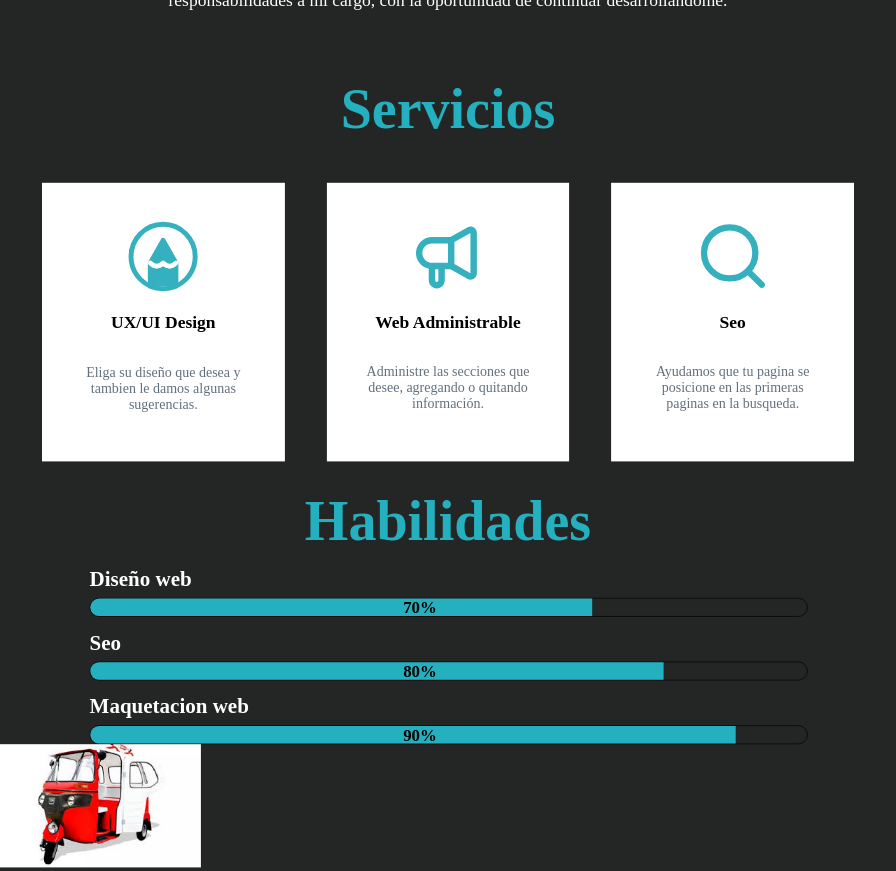
Repository: RobertAries28/PortafolioRobertEscalanteGomez2022
Page: index.html
An editor plug-in stored every save of this project. The page is shown before and after the next save, followed by the edit.
The browser window is 1280 px wide. The pictures show the part of the page from y = 1063 to 2983 px (the page is 2307 px tall before and 2983 px after), at 70% of full size.

Above is the page before, as saved 2022-02-15 19:34:15.

### index.html
<!DOCTYPE html>
<html lang="en">
<head>
    <meta charset="UTF-8">
    <meta http-equiv="X-UA-Compatible" content="IE=edge">
    <meta name="viewport" content="width=device-width, initial-scale=1.0">
    <link rel="preconnect" href="https://fonts.googleapis.com">
<link rel="preconnect" href="https://fonts.gstatic.com" crossorigin>
<link href="https://fonts.googleapis.com/css2?family=Montserrat:wght@100&display=swap" rel="stylesheet">
    <link rel="stylesheet" href="estilos.css">
    <title>Document</title>
</head>
<body>
    <header class="main-header">
        <div class="l-container">

        <div class="main-menu-toggle" id="main-menu-toggle"></div>
             <nav class="main-nav" id="main-nav">
                 <ul class="main-menu">
                       <li class="main-menu__item">
                           <a class="main-menu__link" href="#">
                              Home
                           </a>
                       </li>

                       <li class="main-menu__item">
                         <a class="main-menu__link" href="#servicios">
                           Servicios
                         </a>
                       </li>

                       <li class="main-menu__item">
                        <a class="main-menu__link" href="#acercaMi">
                          Acerca de Mí
                        </a>
                       </li>


                     <li class="main-menu__item">
                         <a class="main-menu__link" href="#habilidades">
                           Mis Habilidades
                         </a>
                     </li>

                     <li class="main-menu__item">
                        <a class="main-menu__link" href="#">
                         Mi Portafolio
                        </a>
                    </li>

                    <li class="main-menu__item">
                        <a class="main-menu__link" href="#">
                         Contacto
                        </a>
                    </li>


                 </ul>
             </nav>


        </div>
     </header>
     <main>
        <div class="main-nombre">
              <h2>Soy</h2><hr color="white"/>
              <h1>Robert</h1>
              <p class="parrafo">Desarrollador <br> Frontend</p>
        </div>

        <div class="main-imagen">
              <img src="imagenes/fotoPerfil.jpeg" alt="">
        </div>

        <div class="main-experiencia">
               <p><span>1 año</span><br>experiencia</p>
               <div>
                 <img src="imagenes/linkedin.svg" alt="">
                 <img src="imagenes/instagram.svg" alt="">
                 <img src="imagenes/twitter.svg" alt="">
               </div>
        </div>

        <div class="main-iconos">
          <div>
             <img src="imagenes/gmail.png" alt="">
             <img src="imagenes/amazon.png" alt="">
             <img src="imagenes/spotify.png" alt="">
            </div>
        </div>
    </main>

    <section id="acercaMi">
      <h2>Acerca de mí</h2>
      <p>Soy un Profesional Bachiller en la carrera de ingeniería de sistemas en la Universidad nacional Tecnológica de Lima Sur con capacidad para trabajar en equipo, con dinamismo y creatividad, responsable, puntual, proactivo, organizado, eficiente, valores firmes, capacidad para resolver problemas y facilidad de comunicación. Deseo obtener mas conocimientos y experiencias en empresas relacionados a mi carrera.

        Quiero obtener un puesto en la empresa, para contribuir con mi experiencia en prácticas y habilidad en el logro de las metas generales de la empresa y las responsabilidades a mi cargo, con la oportunidad de continuar desarrollándome.</p>
    </section>

    <aside id="servicios">
      <h2 class="servicios">Servicios</h2>
      <div class="diseño">
        <img src="imagenes/pincel.svg" alt="">
        <h3>UX/UI Design</h3>
        <p>Eliga su diseño que desea y tambien le damos algunas sugerencias.</p>
      </div>

      <div class="marketing">
        <img src="imagenes/marketing.svg" alt="">
        <h3>Web Administrable</h3>
        <p>Administre las secciones que desee, agregando o quitando información.</p>
      </div>

      <div class="seo">
        <img src="imagenes/lupa.svg" alt="">
        <h3>Seo</h3>
        <p>Ayudamos que tu pagina se posicione en las primeras paginas en la busqueda.</p>
      </div>
    </aside>



    <article class="habilidades" id="habilidades">
      <h3>Habilidades</h3>
      <div class="caja">
          <h4>Diseño web</h4>
          <div class="contenedor">

              <h2 class="numb">70%</h2>
              <div class="relleno">
              </div>


         </div>
      </div>

      <div class="caja">
          <h4>Seo</h4>
          <div class="contenedor">

              <h2 class="numb2">80%</h2>
              <div class="relleno relleno2">
              </div>


         </div>
      </div>

      <div class="caja">
          <h4>Maquetacion web</h4>
          <div class="contenedor">

              <h2 class="numb3">90%</h2>
              <div class="relleno relleno3">
              </div>


         </div>
      </div>

    </article>

    <article class="portafolio">
        <div>
           <a href="https://robertaries28.github.io/Desarrollar-Paginas-Web/"></a>
        </div>

        <div>
            <a href="https://robertaries28.github.io/MatematicasMaster/"></a>
        </div>

        <div>
            <a href="https://robertaries28.github.io/ServicioTransporteMototaxisV.E.S/"><img src="imagenes/mototaxis.jpg" alt=""></a>
        </div>
    </article>




    <script src="javascript.js"></script>
</body>
</html>

### estilos.css
body{
    margin: 0;
    background: #242625;
}

.main-header{
    height: 4rem;
    background: #242635;
    position:sticky;

	top:0;

}
.l-container{
    max-width: 100%;
    padding-left: 1rem;
    padding-right: 1rem;
    display: flex;
    justify-content: space-between;
    align-items: center;

    height: 100%;
    color: white;

}
.main-menu{
    margin-top: 0;
    margin-bottom: 0;
    padding-left: 0;
    list-style: none;
    display: flex;
}

.main-menu li{
    padding: 0 20px;
}

a{
  text-decoration: none;
  color: white;
  font-family: 'Montserrat', sans-serif;
  font-size: 18px;
  font-weight: bold;
}


/*main*/

main{
    display: grid;
    grid-template-columns: 33.3% 33.3% 33.3%;
    grid-template-rows: repeat(3,auto);
    justify-items: center;
    padding-top: 30px;

}

.main-nombre{
    margin-left: 150px ;

}

.main-nombre h1{
    font-size: 150px;

    color: #24B0BE;
    margin: 0;
}

.main-nombre h2{
    font-size: 100px;
    margin: 0;

    color: white;
}

.main-nombre .parrafo{
    color: white;
    font-size: 40px;
    margin: 0;

}
.main-nombre hr{
    margin-bottom: 0;

}

.main-imagen{

    z-index: -100000;


}

.main-imagen img{

    width: 100%;
    height: 100%;
    border-radius: 50%;
    min-width: 20%;



}

.main-experiencia{
    margin-right: 50px;
}

.main-experiencia p{
    color: white;
    font-size: 45px;

}

.main-experiencia span{
    color: #24B0BE;
    padding-right: 5px;
}

.main-experiencia img{
    background: #D1CECA;
    width: 50px;

    border-radius: 50%;
    padding: 10px;
    margin: 0 15px;
}

.main-experiencia div{
    display: flex;
    justify-content: center;
}

.main-iconos{
   grid-column: 1 / span 3;
 justify-self: center;
   background: #212F3C;
  width:85%;
  position: relative;
 top: -10px;
 border-radius: 20px;
 z-index: -500;
}

.main-iconos div{
    display: flex;
  justify-content: center;
}

.main-iconos img{
    width: 10%;

  background: #D1CECA;
  padding: 0 15px;
  margin: 20px 10px;
  border-radius: 10px;
}

/*section*/
section{
 margin: 0 50px;
 padding: 0 100px;
}
section h2{
    text-align: center;
    font-size: 80px;
    margin-top: 40px ;
    margin-bottom: 20px;
    color: #24B0BE;
}

section p{
    text-align: center;
    color: white;
    font-size: 25px;
    line-height: 35px;
}

/* aside serivicios*/

aside{
    margin: 0 60px;
    display: grid;
    grid-gap: 60px;
    grid-template-columns: 1fr 1fr 1fr;
    grid-template-rows: auto auto;

    grid-template-areas: "servicios servicios servicios"
                         "diseño marketing seo";



}

aside p{
    color: #62707E;
    text-align: center;
    font-size: 20px;
}

aside h3{
    color: black;
    font-size: 25px;
}

aside .servicios{
    grid-area: servicios;
    text-align: center;
    font-size: 80px;
    color: #24B0BE;
    margin-bottom: 0;

}


aside .diseño{
    grid-area: diseño;
    background: white;
}

aside .marketing{
    grid-area: marketing;
    background: white;
}

aside .seo{
    grid-area: seo;
    background: white;
}

aside div{
    display: flex;
    flex-direction: column;
   align-items: center;
   padding: 50px;
}

/*article habilidades*/

.habilidades {
    width: 100%;

    margin: auto;
    display: flex;
    flex-direction: column;
    align-items: center;


}

.habilidades h3{
    font-size: 80px;
    color: #24B0BE;
    margin-top: 40px;
    margin-bottom: 0;
}

.habilidades h4{
    font-size: 30px;
    color: white;
    margin-top: 20px;
    margin-bottom: 10px;
}

.caja{
    width: 80%;
}

.contenedor {
    width: 100%;
    height: 25px;
    border: 1px solid black;
    align-self: center;
    border-top-left-radius: 50px;
    border-top-right-radius: 50px;
    border-bottom-left-radius: 50px;
    border-bottom-right-radius: 50px;
    margin-right: 0;
}

.relleno {
    width: 0px;
    height: 100%;
    background: #24B0BE;
    border-top-left-radius: 50px;
    border-bottom-left-radius: 50px;
    animation-name: coloreado;
    animation-delay: 0s;
    animation-duration: 3s;
    animation-timing-function: cubic-bezier(.17, .67, .83, .67);
    animation-fill-mode: forwards;
}

.relleno2{
    animation-name: coloreado2;
    animation-delay: 0s;
    animation-duration: 3s;
    animation-timing-function: cubic-bezier(.17, .67, .83, .67);
    animation-fill-mode: forwards;
}

.relleno3{
    animation-name: coloreado3;
    animation-delay: 0s;
    animation-duration: 3s;
    animation-timing-function: cubic-bezier(.17, .67, .83, .67);
    animation-fill-mode: forwards;
}

.contenedor h2 {
    position: absolute;
    left: 45%;
    margin: 0 auto;
}

.contenedor h3 {
    text-align: center;
    margin: 10px auto;
}

@keyframes coloreado {
    10% {
        width: 0%;
    }
    100% {
        width: 70%;
    }
}

@keyframes coloreado2 {
    10% {
        width: 0%;
    }
    100% {
        width: 80%;
    }
}

@keyframes coloreado3 {
    10% {
        width: 0%;
    }
    100% {
        width: 90%;
    }
}


/*article portafolio*/


@media screen and ( max-width: 768px){



.main-menu__item{
    padding: .5rem 0 .5rem 1rem
}

.main-menu__link{
    color: white;
    margin-left: 1rem;
}



.main-nav{
    position: fixed;
    height: calc(100vh - 4rem);
    width: 200px;
    background: black;
    top: 4rem;
    right: -200px;




}

.main-menu{
    flex-direction: column;
}

.main-menu li{
    padding: 10px 0;
}



.show{
right: 0px;
transition-duration: 1s;
transition-timing-function:ease-in-out

}

 :not(.show){
     transition-duration: 1s;
  transition-timing-function: ease-in
 }


.main-menu-toggle{
    width: 2.4rem;
    margin-left: calc(100% - 38.4px);
    height: 1.6rem;
    background: linear-gradient(white 20%, transparent 20%, transparent 40%, white 40%, white 60%, transparent 60%, transparent 80%, white 80%);
    cursor: pointer;

}

/* main*/

.main-nombre{
    margin-left: 0px;
}

.main-nombre h1{
    font-size: 30px;

    color: #24B0BE;
    margin: 0;
}

.main-nombre h2{
    font-size: 20px;
    margin: 0;

    color: white;
}

.main-nombre .parrafo{
    color: white;
    font-size: 15px;
    margin: 0;

}


.main-experiencia{
    margin-right: 10px;
}

.main-experiencia p{
    color: white;
    font-size: 15px;
    margin-top: 0;
    margin-bottom: 10px;

}



.main-experiencia img{
    background: #D1CECA;


    border-radius: 50%;
    padding: 10px;
    width: 10%;
    margin: 0 5px;
}

.main-iconos{
    border-radius: 20px;
    padding-top: 0px;
    padding-bottom: 0px;

}

.main-iconos img{
    margin-top:10px ;
    margin-bottom:10px ;
}

section h2{
 font-size: 30px;
}

section{
    padding: 0;
    margin: 0 15px;

}
section p{
    font-size: 15px;
    padding: 0;
    line-height: 25px;
}

/* aside servicios */
aside h3{
    text-align: center;
    margin-bottom: 0;
}
aside{

    grid-template-columns: 1fr 1fr 1fr;
    grid-template-rows: auto auto auto auto;
    grid-template-areas: "servicios servicios servicios"
    "diseño diseño diseño"
     "marketing marketing marketing" "seo seo seo";
}

aside .servicios{
    font-size: 30px;
}

/*article*/
    .habilidades h3{
      font-size: 30px;
    }

    .habilidades h4{
        font-size: 20px;
    }

    .habilidades h2{
        font-size: 20px;
    }
}

### javascript.js
 const showMenu = (toggleId, navId) =>{
               const toggle = document.getElementById(toggleId),
               nav = document.getElementById(navId)

               if(toggle && nav){
                   toggle.addEventListener('mouseover' , ()=>{
                       nav.classList.toggle('show')
                   })



               }

               if(toggle && nav){
                   toggle.addEventListener('mouseout' , ()=>{
                       nav.classList.toggle('show')
                   })



               }



           }
           showMenu('main-menu-toggle','main-nav')

           const numb = document.querySelector(".numb");
           let counter = 0;
           setInterval(() => {
               if (counter == 70) {
                   clearInterval();
               } else {
                   counter += 1;
                   numb.textContent = counter + "%";
               }
           }, 35);

After the next save:
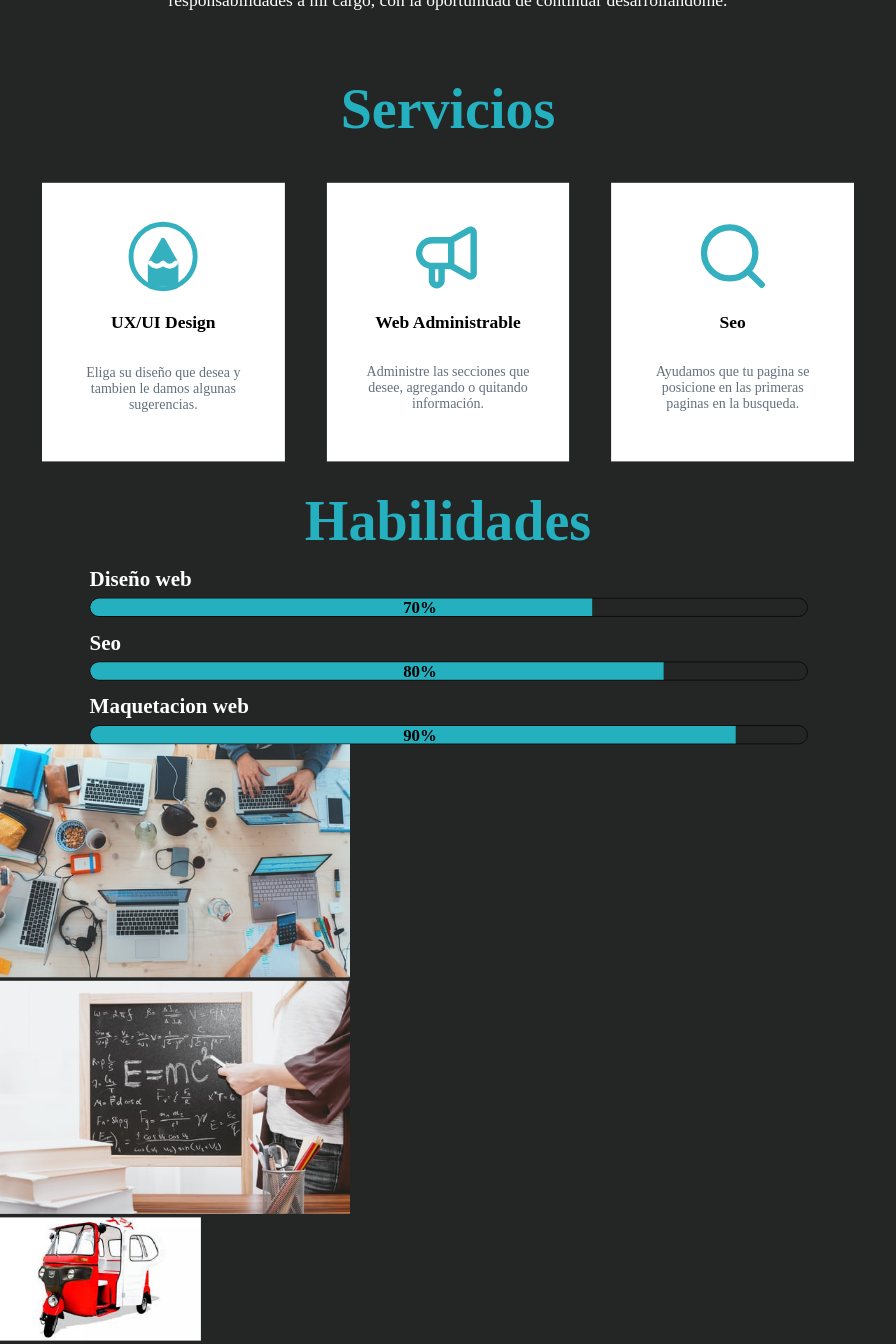
Saved 95 s later.
--- a/index.html
+++ b/index.html
@@ -162,11 +162,11 @@
 
     <article class="portafolio">
         <div>
-           <a href="https://robertaries28.github.io/Desarrollar-Paginas-Web/"></a>
+           <a href="https://robertaries28.github.io/Desarrollar-Paginas-Web/"><img src="imagenes/pagina-web1.jpg" alt=""></a>
         </div>
 
         <div>
-            <a href="https://robertaries28.github.io/MatematicasMaster/"></a>
+            <a href="https://robertaries28.github.io/MatematicasMaster/"><img src="imagenes/matematicas.jpg" alt=""></a>
         </div>
 
         <div>
